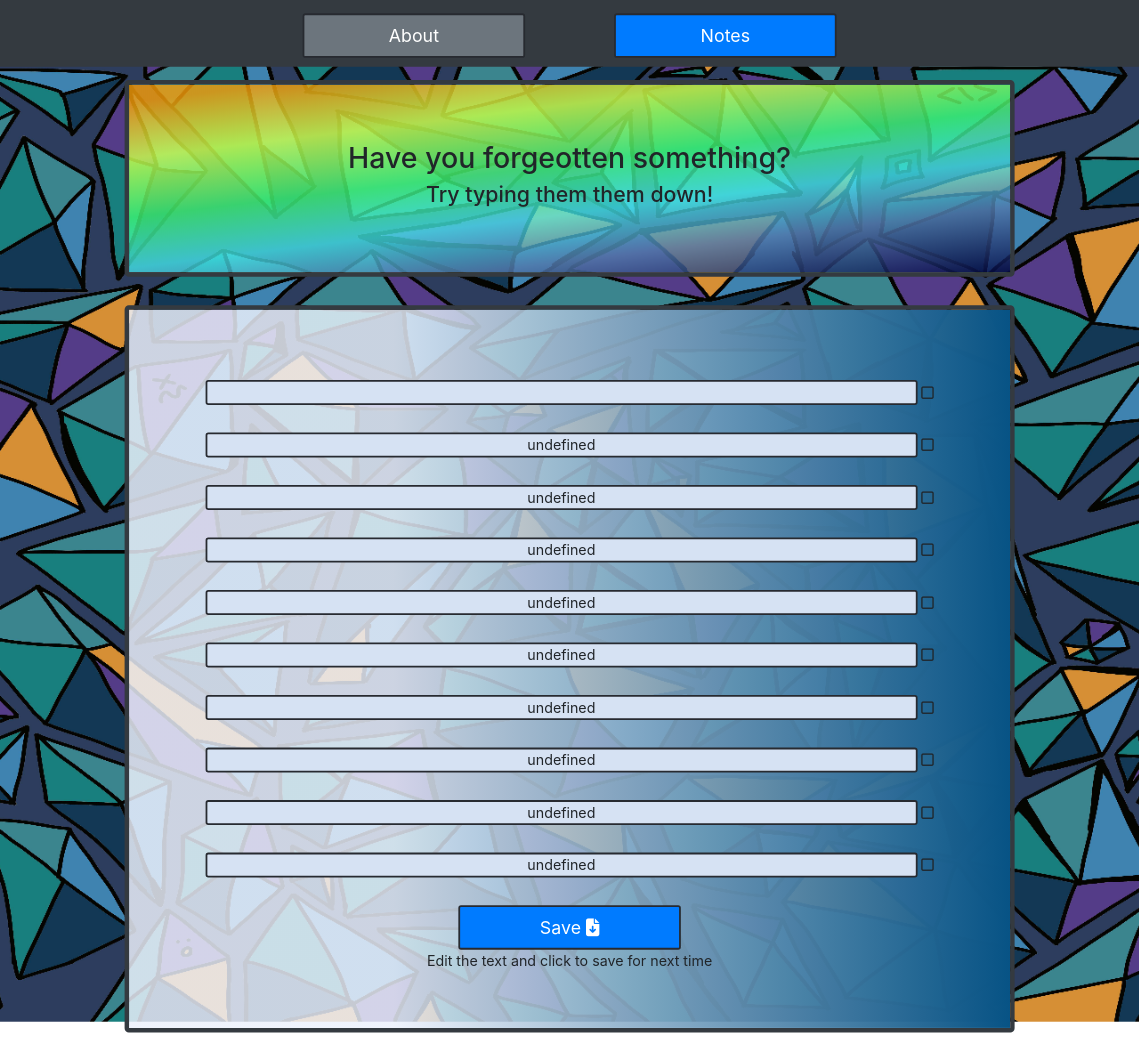
Repository: Kamicoda/Mynote
Page: index.html
The author's editor kept a record of every edit. The page is drawn from the files as they stood at one moment, then again after the next edit.
The browser window is 1280 px wide. The pictures show the whole page, at 89% of full size.
Backgrounds fixed to the window are drawn as part of the page. Some web fonts or font styles are not loaded; a fallback is used. Some web libraries are served in a nearby version.

Above is the page before.

After the next edit:
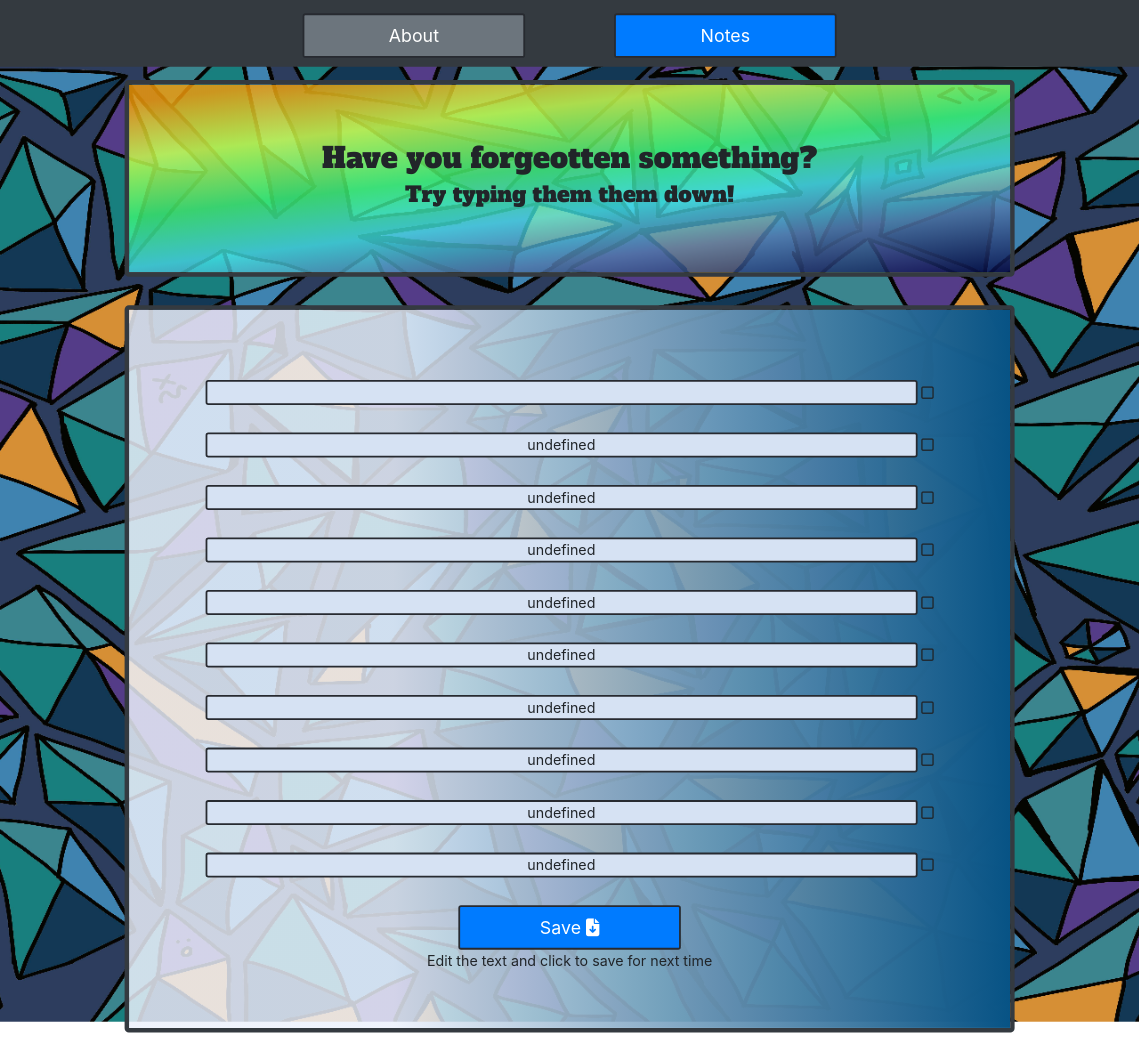
The edit:
--- a/assets/style/style.css
+++ b/assets/style/style.css
@@ -126,3 +126,11 @@
     text-align: left;
     display: inline-block;
 }
+
+.fancytext {
+    font-family: 'Alfa Slab One', cursive;
+}
+
+.fancytextsm {
+    font-family: 'Alfa Slab One', cursive;
+}
